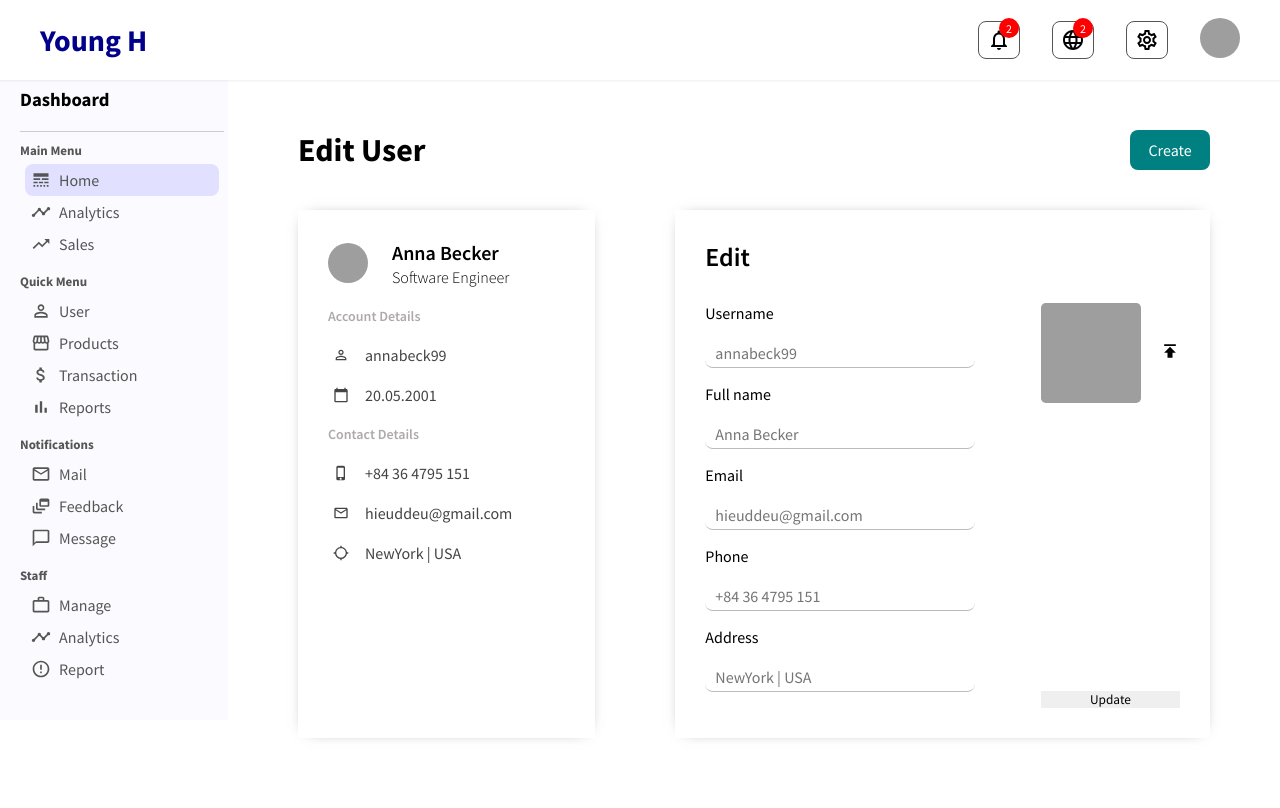
Repository: noname20011/admin
Page: /user/1
An editor plug-in stored every save of this project. The page is shown before and after the next save, followed by the edit.
The browser window is 1280 px wide. The pictures show the whole page.
Pictures or frames that could not be fetched are drawn as grey boxes. The project was rebuilt for these pictures with package versions that can differ from the ones it lists, and the page was loaded fresh each time. Also part of the build but not shown: src/pages/home/home.css, src/comopnents/featureInfo/feature.css, src/comopnents/featureInfo/Feature.jsx, src/comopnents/chart/chart.css, src/comopnents/chart/Chart.jsx, src/comopnents/widgetSm/widgetSm.css, src/comopnents/widgetSm/WidgetSm.jsx, src/comopnents/widgetLg/widgetLg.css and 5 more.

Above is the page before, as saved 2021-11-14 14:51:00.

### public/index.html
<!DOCTYPE html>
<html lang="en">
  <head>
    <meta charset="utf-8" />
    <meta name="viewport" content="width=device-width, initial-scale=1" />
    <meta name="theme-color" content="#000000" />
    <meta
      name="description"
      content="Web site created using create-react-app"
    />
    <!-- GOOGLE FONTS -->
    <link href="https://fonts.googleapis.com/css2?family=Source+Sans+Pro:wght@200;300;400;600;700;900&display=swap" rel="stylesheet">
    <style>
      * {
        font-family: 'Source Sans Pro', sans-serif;
        padding: 0;
        margin: 0;
      }
    </style>
    <title>React Admin App</title>
  </head>
  <body>
    <div id="root"></div>
  </body>
</html>

### src/App.js
import Topbar from "./comopnents/topbar/Topbar";
import Sidebar from "./comopnents/sidebar/Sidebar";
import Home from "./pages/home/Home.jsx"
import UserList from "./pages/userList/UserList";
import User from "./pages/user/User";
import './app.css'

import {BrowserRouter as Router, Routes , Route} from "react-router-dom"
function App() {
  return (
    <div>
      <Router>
        <Topbar/>
        <div className="container">
          <Sidebar/>
          <Routes >
            <Route path="/" exact element={<Home/>}/>
            <Route path="/users" exact element={<UserList/>}/>
            <Route path="/user/:userId" exact element={<User/>}/>
          </Routes>
        </div>
      </Router>
    </div>
  );
}

export default App;

### src/comopnents/topbar/Topbar.jsx
import React from 'react'
import './topbar.css'

import { Language, NotificationsNone, SettingsOutlined  } from '@material-ui/icons'

export default function Topbar() {
    return (
        <div className="topbar">
            <div className="topbarWrapper">
                <div className="topLeft">
                    <div className="logo">Young H</div>
                </div>
                <div className="topRight">
                    <div className="topbarIconContainer">
                        <NotificationsNone/>
                        <div className="topIconsBadge">2</div>
                    </div>
                    <div className="topbarIconContainer">
                        <Language/>
                        <div className="topIconsBadge">2</div>
                    </div>
                    <div className="topbarIconContainer">
                        <SettingsOutlined/>
                    </div>
                    <div>
                        <img src="https://images.pexels.com/photos/1526814/pexels-photo-1526814.jpeg?auto=compress&cs=tinysrgb&dpr=2&w=500" alt="admin" className="topAvatar"/>
                    </div>
                </div>
            </div>
        </div>
    )
}

### src/comopnents/sidebar/Sidebar.jsx
import { AttachMoney, BarChart, ChatBubbleOutline, DynamicFeed, ErrorOutline, LineStyle, MailOutlined, PersonOutline, Storefront, Timeline, TrendingUp,  WorkOutlineOutlined } from '@material-ui/icons'
import React from 'react'
import "./sidebar.css"
export default function Sidebar() {
    return (
        <div className="sidebar">
            <div className="sidebarWrapper">
                <h3 className="sidebarTitle">Dashboard</h3>
                <div className="sidebarMenu">
                    <h4 className="sidebarMenuTitle">Main Menu</h4>
                    <ul className="sidebarLists">
                        <li className="sidebarListItem active">
                            <LineStyle className="sidebarIcon"/>
                            Home
                        </li>
                        <li className="sidebarListItem">
                            <Timeline className="sidebarIcon"/>
                            Analytics
                        </li>
                        <li className="sidebarListItem">
                            <TrendingUp className="sidebarIcon"/>
                            Sales
                        </li>
                    </ul>
                </div>
                <div className="sidebarMenu">
                    <h4 className="sidebarMenuTitle">Quick Menu</h4>
                    <ul className="sidebarLists">
                        <li className="sidebarListItem">
                            <PersonOutline className="sidebarIcon"/>
                            User
                        </li>
                        <li className="sidebarListItem">
                            <Storefront className="sidebarIcon"/>
                            Products
                        </li>
                        <li className="sidebarListItem">
                            <AttachMoney className="sidebarIcon"/>
                            Transaction
                        </li>
                        <li className="sidebarListItem">
                            <BarChart className="sidebarIcon"/>
                            Reports
                        </li>
                    </ul>
                </div>
                <div className="sidebarMenu">
                    <h4 className="sidebarMenuTitle">Notifications</h4>
                    <ul className="sidebarLists">
                        <li className="sidebarListItem">
                            <MailOutlined className="sidebarIcon"/>
                            Mail
                        </li>
                        <li className="sidebarListItem">
                            <DynamicFeed className="sidebarIcon"/>
                            Feedback
                        </li>
                        <li className="sidebarListItem">
                            <ChatBubbleOutline className="sidebarIcon"/>
                            Message
                        </li>
                    </ul>
                </div>
                <div className="sidebarMenu">
                    <h4 className="sidebarMenuTitle">Staff</h4>
                    <ul className="sidebarLists">
                        <li className="sidebarListItem">
                            <WorkOutlineOutlined className="sidebarIcon"/>
                            Manage
                        </li>
                        <li className="sidebarListItem">
                            <Timeline className="sidebarIcon"/>
                            Analytics
                        </li>
                        <li className="sidebarListItem">
                            <ErrorOutline className="sidebarIcon"/>
                            Report
                        </li>
                    </ul>
                </div>
            </div>
        </div>
    )
}

### src/pages/user/User.jsx
import { CalendarToday, LocationSearching, MailOutline, PersonOutline, PhoneIphone, Publish } from "@material-ui/icons"
import "./user.css"

export default function User() {
    return (
        <div className="user">
            <div className="userTitleContainer">
                <h1 className="useTitle">Edit User</h1>
                <button className="userAddBtn">
                    Create
                </button>
            </div>
            <div className="userContainer">
                <div className="userShow">
                    <div className="userShowTop">
                        <img src="https://images.pexels.com/photos/1152994/pexels-photo-1152994.jpeg?auto=compress&cs=tinysrgb&dpr=2&w=500" alt="" className="userShowImg" />
                        <div className="userShowTopInfo">
                            <span className="userShowName">Anna Becker</span>
                            <span className="userShowJob">Software Engineer</span>
                        </div>
                    </div>
                    <div className="userShowBottom">
                        <span className="userShowTitle">Account Details</span>
                        <div className="userShowBottomInfo">
                            <PersonOutline className="userShowIcon"/>
                            <span className="userShowInfo">annabeck99</span>
                        </div>
                        <div className="userShowBottomInfo">
                            <CalendarToday className="userShowIcon"/>
                            <span className="userShowInfo">20.05.2001</span>
                        </div>
                        <span className="userShowTitle">Contact Details</span>
                        <div className="userShowBottomInfo">
                            <PhoneIphone className="userShowIcon"/>
                            <span className="userShowInfo">+84 36 4795 151</span>
                        </div>
                        <div className="userShowBottomInfo">
                            <MailOutline className="userShowIcon"/>
                            <span className="userShowInfo">hieuddeu@gmail.com</span>
                        </div>
                        <div className="userShowBottomInfo">
                            <LocationSearching className="userShowIcon"/>
                            <span className="userShowInfo">NewYork | USA</span>
                        </div>
                    </div>
                </div>
                <div className="userUpdate">
                    <span className="userUpdateTitle">Edit</span>
                    <form action="" className="UserUpdateForm">
                        <div className="userUpdateLeft">
                            <div className="userUpdateItem">
                                <label>Username</label>
                                <input type="text"
                                placeholder="annabeck99" className="userUpdateInput" />
                            </div>
                            <div className="userUpdateItem">
                                <label>Full name</label>
                                <input type="text"
                                placeholder="Anna Becker" className="userUpdateInput" />
                            </div>
                            <div className="userUpdateItem">
                                <label>Email</label>
                                <input type="email"
                                placeholder="hieuddeu@gmail.com" className="userUpdateInput" />
                            </div>
                            <div className="userUpdateItem">
                                <label>Phone</label>
                                <input type="text"
                                placeholder="+84 36 4795 151" className="userUpdateInput" />
                            </div>
                            <div className="userUpdateItem">
                                <label>Address</label>
                                <input type="text"
                                placeholder="NewYork | USA" className="userUpdateInput" />
                            </div>
                        </div>
                        <div className="userFormRight">
                            <div className="userUpdateUpload">
                                <img src="https://images.pexels.com/photos/1152994/pexels-photo-1152994.jpeg?auto=compress&cs=tinysrgb&dpr=2&w=500" alt="" className="userFormImg" />
                                <label htmlFor="file">
                                    <Publish className="userUpdateIcon"/>
                                </label>
                                <input type="file" id="file" style={{ display: "none" }} />
                            </div>
                            <button className="userUpdateButton">Update</button>
                        </div>
                    </form>
                </div>
            </div>
        </div>
    )
}

### src/app.css
ul, li {
    list-style: none;
}

a {
    text-decoration: none;
}

.container {
    display: flex;
}

.other {
    flex: 4;
}

button, input {
    border: none;
    outline: none;
}

### src/comopnents/topbar/topbar.css
.topbar {
    width: 100%;
    height: 80px;
    background: #fff;
    box-shadow: 0 .5px 2px rgba(0, 0, 0, 0.07);

    position: sticky;
    top: 0;
    z-index: 1000;
}

.topbarWrapper {
    height: 100%;
    padding: 0 40px;
    display: flex;
    justify-content: space-between;
    align-items: center;
}

.logo {
    font-weight: bold;
    font-size: 30px;
    color: darkblue;
    cursor: pointer;
}

.topRight {
    display: flex;
    align-items: center;
    column-gap: 2rem;
}
.topbarIconContainer {
    position: relative;
    cursor: pointer;
    width: 40px;
    height: 36px;
    border: 1px solid #555;
    border-radius: .5rem;
    display: flex;
    align-items: center;
    justify-content: center;
}

.topbarIconContainer:hover {
    background-color: rgb(248, 246, 246);
}

.topIconsBadge {
    font-size: 12px;
    position: absolute;
    top: -4px;
    right: 0px;

    width: 20px;
    height: 20px;
    background-color: red;
    color: #fff;
    border-radius: 50%;

    display: flex;
    place-content: center;
    place-items: center;
}

.topAvatar {
    width: 40px;
    height: 40px;
    object-fit: cover;
    border-radius: 50%;
    cursor: pointer;
}

### src/comopnents/sidebar/sidebar.css
.sidebar {
    flex: 1;
    background-color: rgb(251, 251, 255);
    position: sticky;
    top: 80px;
    height: calc(100vh - 80px);
}

.sidebarWrapper {
    padding: 8px 4px 0 20px;
}

.sidebarTitle {
    padding-bottom: 20px;
    margin-bottom: 10px;
    border-bottom: 1px solid #ccc;
}

.sidebarMenu {
    margin-bottom: 8px;
}

.sidebarMenuTitle {
    color: #555;
    font-size: 13px;
}

.sidebarLists {
    padding: 5px;
}

.sidebarListItem {
    display: flex;
    align-items: center;
    column-gap: .5rem;

    padding: 6px;
    color: #555;
    cursor: pointer;
    border-radius: .5rem;
}

.sidebarListItem.active,
.sidebarListItem:hover {
    background-color: rgb(225, 225, 255);
}

.sidebarIcon {
    font-size: 20px!important;
}

### src/pages/user/user.css
.user {
    flex: 4;
    margin: 20px 40px;
    padding: 30px;
}

.userTitleContainer {
    display: flex;
    justify-content: space-between;
    margin-bottom: 20px;
}

.userAddBtn {
    width: 80px;
    border-radius: .5rem;
    background-color: teal;
    padding: 5px;

    color: #fff;
    font-size: 16px;
    cursor: pointer;

}
.userContainer {
    display: flex;
    justify-content: space-between;
    column-gap: 5rem;
}
.userShow {
    flex: 1;
    margin: 20px 0;
    padding: 30px;
    -webkit-box-shadow: 0px 0px 15px -10px rgba(0, 0, 0, 0.75);
    box-shadow: 0px 0px 15px -10px rgba(0, 0, 0, 0.75);
}

.userShowTop {
    display: flex;
    column-gap: 1.5rem;
    align-items: center;
}

.userShowTopInfo {
    display: flex;
    flex-direction: column;
    row-gap: .1rem;
}

.userShowName {
    font-size: 20px;
    font-weight: 600;
}

.userShowJob {
    font-size: 16px;
    font-weight: 300;
}

.userShowImg {
    width: 40px;
    height: 40px;
    border-radius: 50%;
    object-fit: cover;
}

.userShowTitle {
    font-size: 14px;
    font-weight: 600;
    color: rgb(175, 170, 170);
    display: block;
    margin-top: 20px;
}

.userShowBottomInfo {
    display: flex;
    align-items: center;
    column-gap: 1rem;

    margin: 20px 0 20px 5px;
    color: #444;
}

.userShowIcon {
    font-size: 16px !important;
}
.userUpdate {
    flex: 2;
    margin: 20px 0;
    padding: 30px;
    -webkit-box-shadow: 0px 0px 15px -10px rgba(0, 0, 0, 0.75);
    box-shadow: 0px 0px 15px -10px rgba(0, 0, 0, 0.75);
}

.userUpdateTitle {
    font-size: 26px;
    font-weight: 600;
}

.UserUpdateForm {
    margin-top: 30px;
    display: flex;
    justify-content: space-between;
}


.userUpdateItem {
    display: flex;
    flex-direction: column;
    row-gap: 1rem;
    margin-bottom: 16px;
}

.userUpdateInput {
    width: 250px;
    border-bottom: 1px solid #bbb;
    border-bottom-left-radius: .5rem;
    border-bottom-right-radius: .5rem;
    padding: 4px 10px;
    font-size: 16px;
}

.userFormRight {
    display: flex;
    flex-direction: column;
    justify-content: space-between;
}

.userUpdateUpload {
    display: flex;
    align-items: center;
    justify-content: center;
    column-gap: 1.2rem;
}
.userFormImg {
    width: 100px;
    height: 100px;
    object-fit: cover;
    border-radius: .3rem;
}

.userUpdateIcon {
    font-size: 20px !important;
    cursor: pointer;
}

Loaded but not shown: src/index.js (common file)

After the next save:
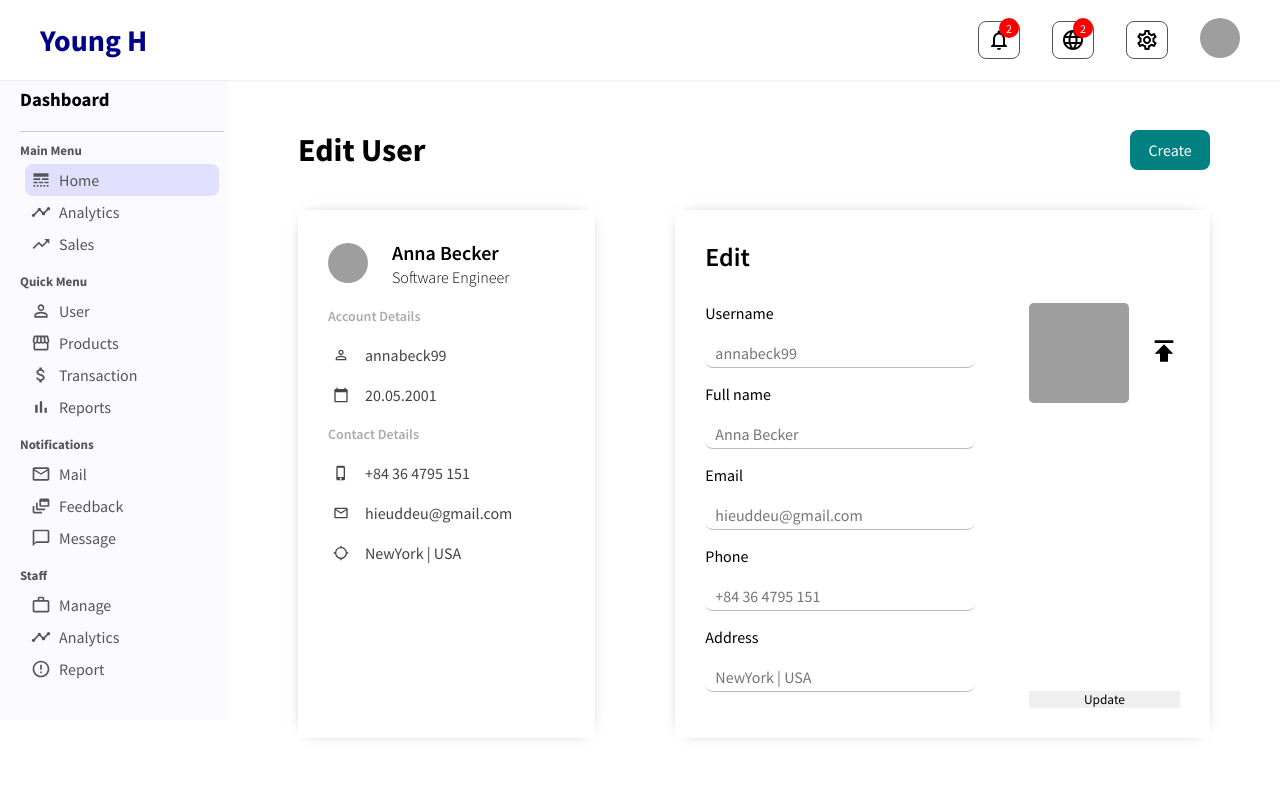
Saved 9 s later.
--- a/src/pages/user/user.css
+++ b/src/pages/user/user.css
@@ -139,6 +139,6 @@
 }
 
 .userUpdateIcon {
-    font-size: 20px !important;
+    font-size: 32px !important;
     cursor: pointer;
 }
